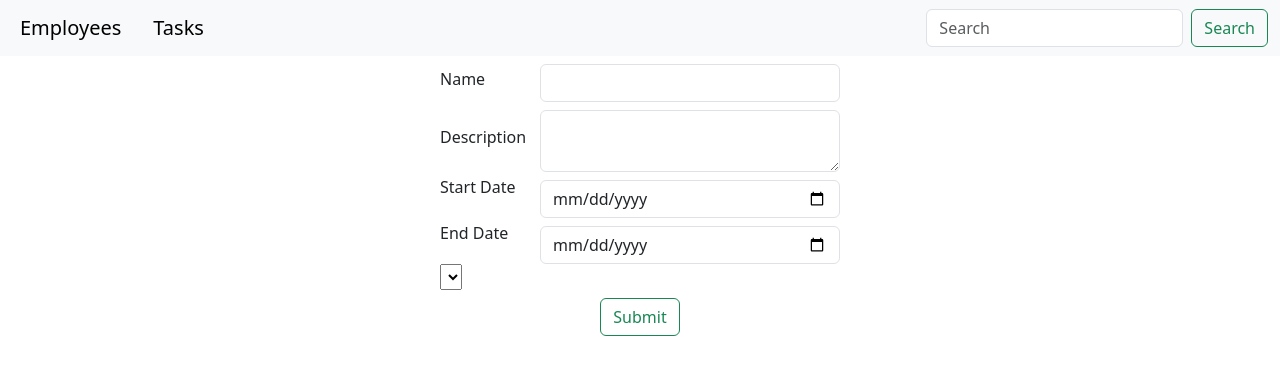
Repository: RaffiBarseghyan/employees
Page: /tasks
The author's editor kept a copy of each file at every save. The page is drawn from the files as they stood at one save, then again after a run of saves.
The browser window is 1280 px wide. The pictures show the whole page.
The project was rebuilt for these pictures with package versions that can differ from the ones it lists, and the page was loaded fresh each time. Some packages were replaced by stand-ins written for this rebuild. Also part of the build but not shown: src/App.css, src/Pages/Employees/employees.module.scss, src/Pages/UpDel/upDel.module.scss, src/Pages/UpDel/delete.jsx, src/Pages/Employees/employees.jsx, src/Pages/UpDel/update.jsx.

Above is the page before, as saved 2023-06-15 21:44:57.

### src/App.jsx
import "./App.css";
import Header from "./Pages/Header/header";
import { BrowserRouter, Routes, Route } from "react-router-dom";
import "bootstrap/dist/css/bootstrap.css";
import Employees from "./Pages/Employees/employees";
import Tasks from "./Pages/Tasks/tasks";
import Update from "./Pages/UpDel/update";

function App() {
  return (
    <>
      <BrowserRouter>
        <Header />

        <Routes>
          <Route path="/employees" element={<Employees />} />

          <Route path="/tasks" element={<Tasks />} />
          <Route path="/update" element={<Update />} />
        </Routes>
      </BrowserRouter>
    </>
  );
}

export default App;

### src/Pages/Header/header.jsx
import { Link } from "react-router-dom";
import style from "./header.module.scss";

function Header() {
  return (
    <>
      <nav className="navbar navbar-expand-lg bg-body-tertiary">
        <div className="container-fluid">
          <button
            className="navbar-toggler"
            type="button"
            data-bs-toggle="collapse"
            data-bs-target="#navbarSupportedContent"
            aria-controls="navbarSupportedContent"
            aria-expanded="false"
            aria-label="Toggle navigation"
          >
            <span className="navbar-toggler-icon"></span>
          </button>
          <div className="collapse navbar-collapse" id="navbarSupportedContent">
            <ul className="navbar-nav me-auto mb-2 mb-lg-0">
              <li className="nav-item">
                <Link className={`nav-link navbar-brand active ${style.linkStyle}`} to="/employees">
                  Employees
                </Link>
              </li>
              <li className="nav-item">
                <Link
                  className={`nav-link navbar-brand ${style.linkStyle}`}
                  to="/tasks"
                >
                  Tasks
                </Link>
              </li>
            </ul>
            <form className="d-flex" role="search">
              <input
                className="form-control me-2"
                type="search"
                placeholder="Search"
                aria-label="Search"
              />
              <button className="btn btn-outline-success" type="submit">
                Search
              </button>
            </form>
          </div>
        </div>
      </nav>
    </>
  );
}

export default Header;

### src/Pages/Tasks/tasks.jsx
import style from "./tasks.module.scss";

function Tasks() {
  return (
    <>
      <form
        action="https://rocky-temple-83495.herokuapp.com/tasks"
        method="post"
        target="_blank"
        className={`${style.employeeForm} container`}
      >
        <label htmlFor="name">
          Name
          <input
            className="form-control mt-2 "
            type="text"
            id="name"
            name="name"
          />
        </label>

        <label htmlFor="description">
          Description
          <textarea
            name="description"
            id="description"
            className="form-control mt-2"
          ></textarea>
        </label>

        <label htmlFor="startDate">
          <p>Start Date </p>
          <input
            className="form-control mt-2"
            type="date"
            id="startDate"
            name="startDate"
            placeholder="startDate"
          />
        </label>

        <label htmlFor="endDate">
          <p> End Date</p>
          <input
            className="form-control mt-2"
            type="date"
            id="endDate"
            name="endDate"
            placeholder="endDate"
          />
        </label>
        <label htmlFor="employeeId">
          <select name="employeeId" id="employeeId"></select>
        </label>

        <input
          className="btn btn-outline-success mt-2"
          type="submit"
          value="Submit"
        />
      </form>
    </>
  );
}

export default Tasks;

### src/Pages/Tasks/tasks.module.scss
.employeeForm{
    width: 500px;
    display: flex;
    flex-direction: column;
    align-items: center;
    >label{
        width: 400px;
        display: flex;
        align-items: center;
        flex-direction: row;
        >input{
            width: 300px;
            margin-left: auto;

        }
        >textarea{
            width: 300px;
            margin-left: auto;

        }
    }

}

Loaded but not shown: src/index.js (common file); src/index.css (common file); src/reportWebVitals.js (common file); src/Pages/Header/header.module.scss (no stored copy; drawn as an empty file)

After the next 3 saves:
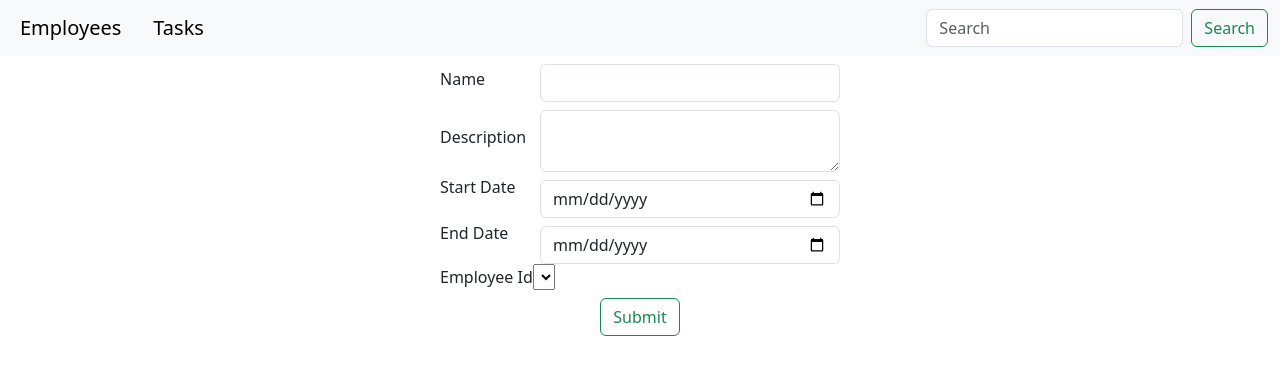
The 3 saves are shown as one change because they came seconds apart.
The last was saved 15 s later.
--- a/src/Pages/Tasks/tasks.jsx
+++ b/src/Pages/Tasks/tasks.jsx
@@ -50,6 +50,7 @@ function Tasks() {
           />
         </label>
         <label htmlFor="employeeId">
+          Employee Id
           <select name="employeeId" id="employeeId"></select>
         </label>
 
